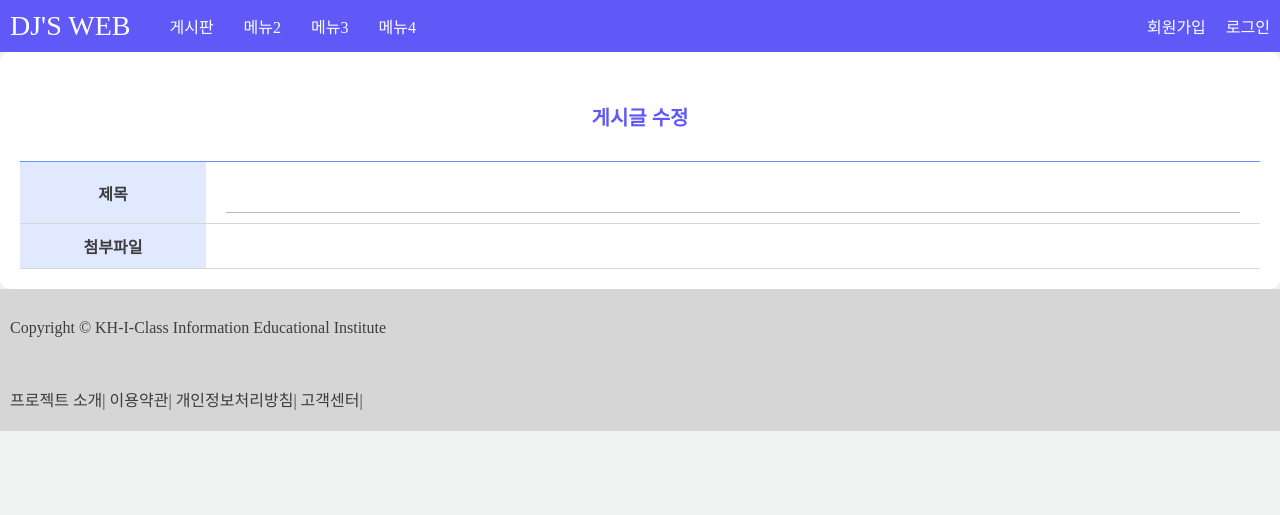
Repository: Godzilla-Man/codingStudy
Page: http://localhost/server_06_notice/notice/updateFrm
The author's editor kept a copy of each file at every save. The page is drawn from the files as they stood at one save, then again after the next save.
The browser window is 1280 px wide. The pictures show the whole page.
Some web fonts or font styles are not loaded; a fallback is used. The page is served by Tomcat 9. Queries for data that is not in the repository find no rows.

Above is the page before, as saved 2025-05-12 03:08:57.

After the next save:
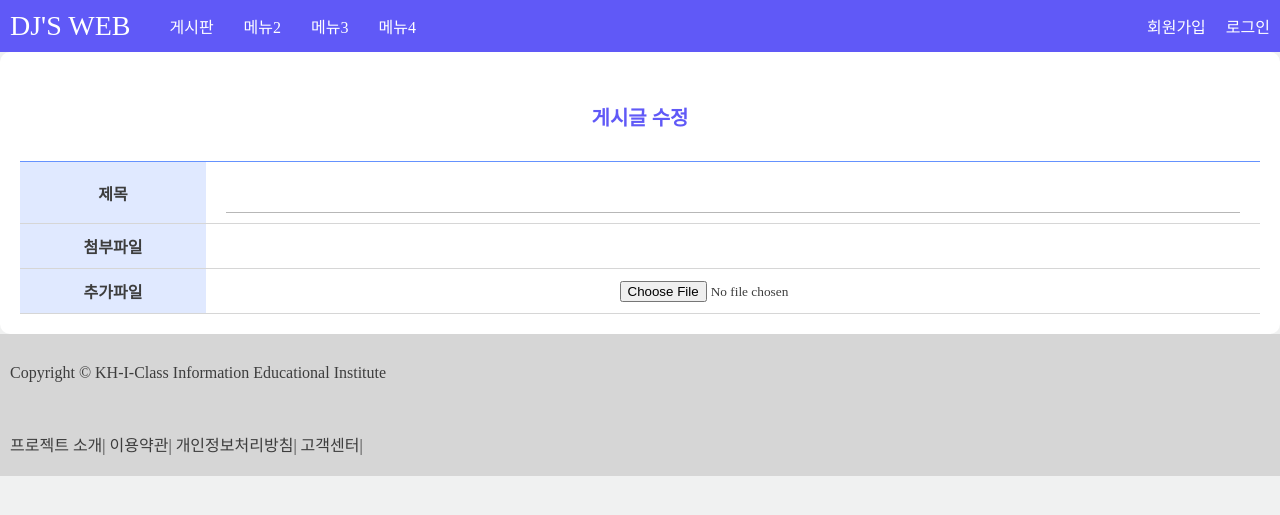
Saved 29 s later.
--- a/server_06_notice/src/main/webapp/WEB-INF/views/notice/updateFrm.jsp
+++ b/server_06_notice/src/main/webapp/WEB-INF/views/notice/updateFrm.jsp
@@ -37,6 +37,12 @@
 								</div>
 							</td>
 						</tr>
+						<tr>
+							<th>추가파일</th>
+							<td>
+								<input type="file" name="addFile">
+							</td>
+						</tr>
 					</table>
 				</form>
 			</section>
